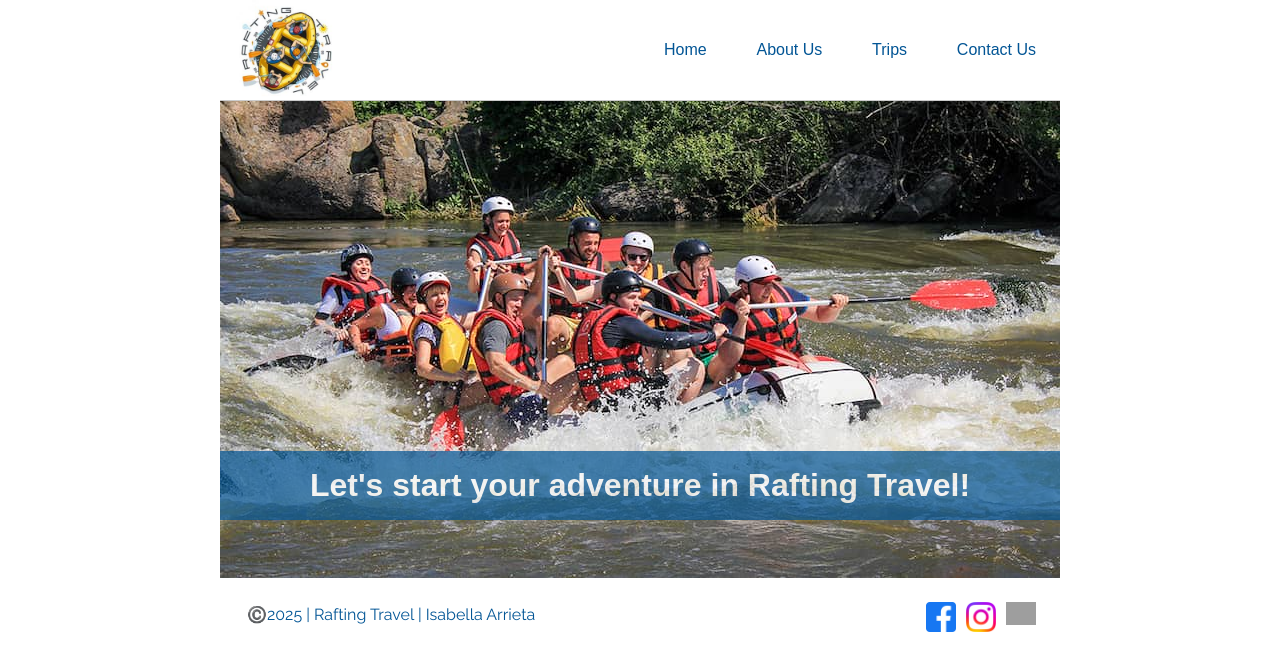
Repository: isaAJ05/wdd130
Page: wwr/index.html
These files come from the project's save history. The page is drawn as it stood at one moment and after the next save; the edit follows.
The browser window is 1280 px wide. The pictures show the whole page.
Pictures or frames that could not be fetched are drawn as grey boxes. Some web fonts or font styles are not loaded; a fallback is used.

Above is the page before, as saved 2025-06-16 20:10:10.

### wwr/index.html
<!DOCTYPE html>
<html lang="en">
<head>
    <meta charset="UTF-8">
    <meta name="viewport" content="width=device-width, initial-scale=1.0">
    <title>Home-Rafting Travel</title>
    <meta name="description" content="Main page: Rafting Travel">
    <meta name="author" content="Isabella Arrieta">
    <link rel="stylesheet" href="styles/rafting.css">
    <link rel="preconnect" href="https://fonts.googleapis.com">
    <link rel="preconnect" href="https://fonts.gstatic.com" crossorigin>
    <link href="https://fonts.googleapis.com/css2?family=Play:wght@400;700&family=Raleway:ital,wght@0,100..900;1,100..900&display=swap" rel="stylesheet">
</head>
<body>
    <header>
        <img src ="images/z-raftingcompas.jpg" alt="Rafting Company Logo">
    <nav>
        <a href="index.html">Home</a>
        <a href="about.html">About Us</a>
        <a href="trips.html">Trips</a>
        <a href="contact.html">Contact Us</a>
    </nav>
    </header>
    <main>
        <div class="hero">
            <img src="images/rafting10_1024.jpg" alt="Rafting">
            <h1>Let's start your adventure in Rafting Travel!</h1>
        </div>
        </main>
    <footer>
        <p>©️2025 | Rafting Travel | Isabella Arrieta</p>
        <nav class="socialmedia">
            <a href="https://www.facebook.com/">
                <img src="images/facebook.webp" alt="Facebook" width="30">
            </a>
            <a href="https://www.instagram.com/">
                <img src="images/instagram.webp" alt="Instagram" width="30">
            </a>
            <a href="https://x.com/home">
                <img src="images/x.webp" alt="X" width="30">
            </a>
        </nav>
    </footer>
</body>
</html>

### wwr/styles/rafting.css
:root {
    --primary-color: #FC9F1C;
    --secondary-color: #FFE77C;
    --accent1-color: #025595;
    --accent2-color: #A6DEF6;
    --heading-font: "Play", sans-serif;
    --body-font: "Raleway", sans-serif;
}

header {
    margin: 1rem auto;
    background-color: #fff;
    color: var(--secondary-color);
    display: grid;
	grid-template-columns: 1fr 1fr;
    align-items: center;
    border-bottom: 1px solid #ccc;

}
header img {
    width: 100px;
    height: auto;
    margin-left: 16px;
}
*{
    margin: 0;
    padding: 0;
    box-sizing: border-box;
}
body {
    font-family: var(--body-font);
    color: var(--accent1-color);
}
 header, main, footer {
    width: 840px;
    margin: 0 auto;
}
h1, h2{
    font-family: var(--heading-font);
    color: var(--accent1-color);
}
p, section, article{
    margin: 16px;
    padding: 8px;
}
.History {
    display: grid;
	grid-template-columns: 1fr 1fr 1fr;
    align-items: center;
    grid-gap: 1px;
}
.History h2{
    grid-column: 1/4;
    text-align: center;

}
.History img{
    width: 100%;
    height: auto;
}
.Adventure {
    display: grid;
    grid-template-columns: 1fr 1fr 1fr 1fr 1fr;
    align-items: center;
    grid-gap: 15px;
}
.Adventure h2{
    grid-column: 1/6;
    text-align: center;
}
.Adventure img{
    width: 100%;
    height: auto;
}
figcaption {
    text-align: center;
}
nav {
    margin: 16px;
    padding: 8px;
    display: flex;
    justify-content: space-between;
	flex: 1 1 auto;

}
nav a {
    text-decoration: none;
    font-family: var(--heading-font);
    color: var(--accent1-color);
}
nav a:hover {
    color: var(--primary-color);
    text-decoration: underline;
}

.socialmedia a{
    text-decoration: none;
}
.socialmedia {
    justify-content: right;
    gap: 10px;
}

.herodiv{
    position: relative;
    margin: 1em auto;

}

.herodiv img{
    display: block;
    width: 100%;
    height: auto;
}

.herodiv h1{
    position: absolute;
    top: 20px;
    width: 100%;
    padding: 16px;
    text-align: center;
    opacity: 0.9;
    background-color: var(--accent1-color);
    color: #ffffff;

}

.herodiv article{
    position: absolute;
    top: 150px;
    left: 5px;
    width: 800px;
    opacity: 0.9;
    background-color: var(--accent1-color);
    color: #ffffff;
}
.herodiv article img{
    float: right;
    width: 230px;
    padding: 8px;
}
footer {
    display: flex;

}
footer p {
    margin: 19px;
    padding: 8px;

}
.rectangle-3 {
	width: 840px;
	height: 159px;
	padding: 8px 8px 8px 8px;
	background:var(--accent1-color);
    margin: 0 auto;
    display: flex;
    flex-direction: column;
    align-items: center;
    justify-content: center;
	border-radius: 3px 3px 3px 3px;

}
.rectangle-3 .header-3 {
    width: 463px;
	height: 36px;
	color: #FFFFFF;
	font-family: var(--heading-font);
	font-weight: 700;
	font-size: 30px;
	line-height: 1.2;
	text-align: center;
}
.we-love-questions-and-feedback-and-we-re-always- {
	width: 418px;
	height: 44px;
	color: #FFFFFF;
	font-family: var(--body-font);
	font-weight: 400;
	font-size: 13px;
	line-height: 1.4;
	text-align: center;
}
.rectangle-4 {
	width: 840px;
	height: 348px;
	background: #FFFFFF;
	border-radius: 3px 3px 3px 3px;
    display: flex;
    align-items: flex-start;
}
.column-text{
    flex:1;
    padding: 20px;
    align-items: center;
}
.column-text .block{
    flex:1;
}

.column-map {
    flex: 1;
    text-align: right;;
}

.column-map iframe {
	max-width: 463px;
	height: 348px;
	background: #00000000;

}


.header-14 {
	width: 223px;
	color: var(--accent1-color);
	font-family: var(--body-font);
	font-weight: 700;
	font-size: 24px;
	line-height: 1.2;
    text-align: left;
    margin-top: 34px;
}
.jackson-wyoming-ee-uu- {

    margin-top: 35px;
	color: var(--accent1-color);
	font-family: var(--body-font);
	font-weight: 600;
	font-size: 16px;
	line-height: 1.1;
	text-align: left;
    padding-left: 6px;
}


.address-phone-and-email {
    margin-top: 20px;
	color: var(--accent1-color);
	font-family: var(--body-font);
	font-weight: 400;
	font-size: 11px;
	line-height: 1.5;
	text-align: left;
}
.address-phone-and-email img {
	width: 18px;
	height: 18px;
}
.address-phone-and-email figure {
    display: flex;
    gap: 10px;
    margin: 0;
    margin-top: 10px;
}



.rectangle-5 {
	width: 840px;
	height: 240px;
    padding: 20px 20px 20px 20px;
	background: var(--accent1-color);
	border-radius: 3px 3px 3px 3px;
    display: grid;
    grid-template-columns: 1fr 1fr 1fr;
    align-items: center;
    justify-items: center;
}
.rectangle-5 img {
	width: 120px;
	height: 135px;
	background: #00000000;
}

.rectangle-5 figcaption {
	width: 111px;
	height: 15px;
	color: #FFFFFF;
	font-family: var(--body-font);
	font-weight: 500;
	font-size: 14px;
	line-height: 1.1;
	text-align: center;
}

.header-16 {
	width: 223px;
	height: 48px;
	color: #FFFFFF;
	font-family: var(--heading-font);
	font-weight: 700;
	font-size: 24px;
	line-height: 1.2;
	text-align: center;
    grid-column: 1/4;
    margin: 0 auto;
}

.rectangle-6 {
	width: 840px;
	height: 551px;
	padding: 8px 8px 8px 8px;
	background: #EDF0F4;
	border-radius: 3px 3px 3px 3px;
}
.rectangle-6 h2{
    margin-top: 48px;
	color: #3B4754;
	font-family: var(--heading-font);
	font-weight: 700;
	font-size: 24px;
	line-height: 1.2;
	text-align: center;
}

.rectangle-6 p {
	color: #4f6278;
	font-family: var(--body-font);
	font-weight: 400;
	font-size: 13px;
	line-height: 1.5;
	text-align: center;
}

.rectangle-6 .row {
    display: flex;
    gap: 20px;
    align-items: center;
    justify-content: center;
    padding-top: 16px;
    padding-bottom: 16px;

}

.rectangle-6 .form-title {
    display: flex;
    flex-direction: column;

}
.rectangle-6 .form-title label{
	width: 31px;
	height: 12px;
	color: #3B4754;
	font-family: var(--body-font);
	font-weight: 700;
	font-size: 11px;
	line-height: 1.1;
	text-align: left;
}
.rectangle-6 .form-title input{
	width: 225px;
	height: 28px;
	background: #FFFFFF;
	color: #9FAFC1;
	border-color: #C9D3DD;
	border-width: 2px;
	border-style: solid;
	border-radius: 4px 4px 4px 4px;
	font-family: var(--body-font);
	font-weight: 400;
	font-size: 12px;
	text-align: left;
    margin-top: 4px;
}
.rectangle-6 .title label{
	width: 31px;
	height: 12px;
	color: #3B4754;
	font-family: var(--body-font);
	font-weight: 700;
	font-size: 11px;
	line-height: 1.1;
	text-align: left;
    padding-left: 176px;
}
.radio{
    padding-left: 176px;

}

input[type="radio"]{
	background: #FFFFFF;
	border-color: #C9D3DD;
	border-width: 1.5px;
	border-style: solid;
}
.radio label {
    font-family: var(--body-font);
	font-weight: normal;
	font-size: 12px;
	text-align: left;
    color: #232323;
}
.rectangle-6 .textarea {
    display: flex;
    flex-direction: column;
    align-items: center;
    justify-content: center;
}
.rectangle-6 .textarea textarea {
    width: 469px;
	height: 99px;
	background: #FFFFFF;
	color: #000000;
	border-color: #C9D3DD;
	border-width: 2px;
	border-style: solid;
	border-radius: 4px 4px 4px 4px;
	font-family: var(--body-font);
	font-weight: 400;
	font-size: 12px;
	text-align: left;

}
.check {
    padding-left: 260px;
    padding-top: 20px;
    padding-bottom: 16px;
}
.check checkbox {
	width: 371px;
	height: 19px;
	background: #FFFFFF;
	border-color: #C9D3DD;
	border-width: 1.5px;
	border-style: solid;

}

.check label{
    font-family: var(--body-font);
	font-weight: normal;
	font-size: 12px;
	text-align: left;
	color: #4f6278;;
}
.send {
    padding-left: 360px;
}
.rectangle-6 button {
	width: 100px;
	height: 28px;
	padding: 0px 10px 0px 10px;
	background: var(--accent1-color);
	color: #FFFFFF;
	border-color: #3B4754;
	border-width: 1px;
	border-style: solid;
	border-radius: 2px 2px 2px 2px;
	font-family: var(--body-font);
	font-weight: 700;
	font-size: 10px;
	text-align: center;

}
.rectangle-6 button:hover {
    background: var(--primary-color);
    color: #fff;
    cursor: pointer;
}
.hero {
	position: relative;
}
.hero img {
	width: 100%;
	display: block;
}
.hero h1 {
	position: absolute;
	top: 350px;
	width: 100%;
    padding: 16px;
    text-align: center;
    opacity: 0.7;
    background-color: var(--accent1-color);
    color: #ffffff;
}

After the next save:
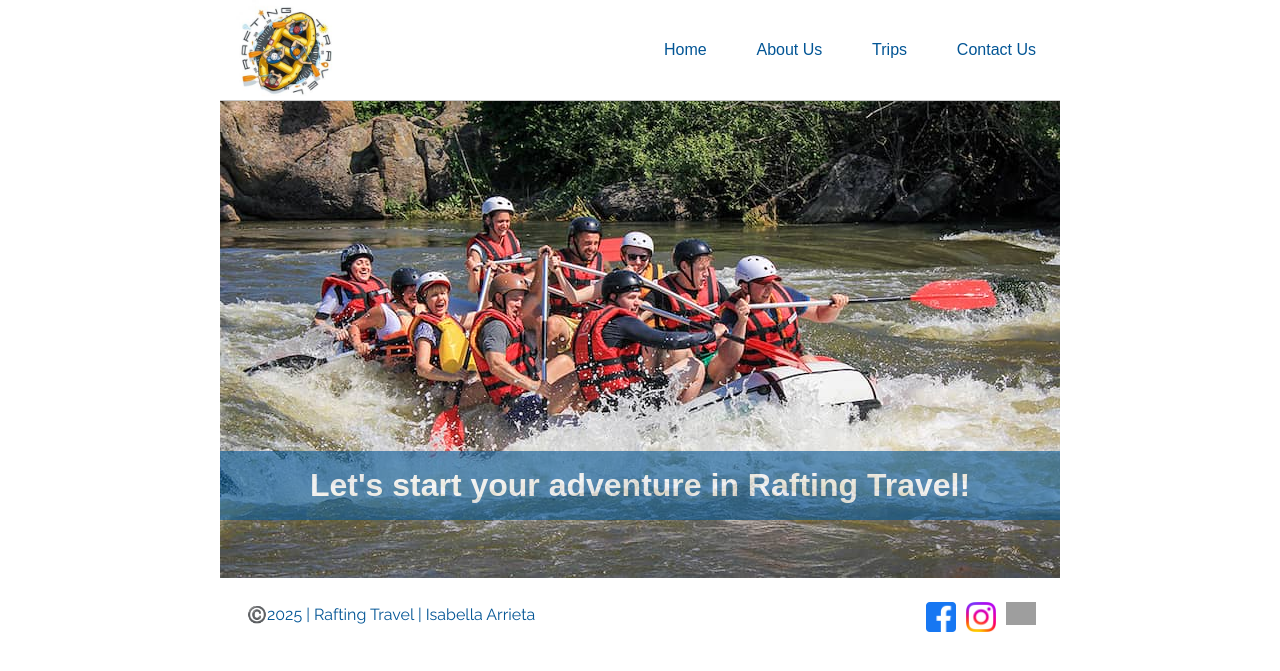
Saved 5 s later.
--- a/wwr/styles/rafting.css
+++ b/wwr/styles/rafting.css
@@ -472,7 +472,7 @@ input[type="radio"]{
 	width: 100%;
     padding: 16px;
     text-align: center;
-    opacity: 0.7;
+    opacity: 0.6;
     background-color: var(--accent1-color);
     color: #ffffff;
 }
